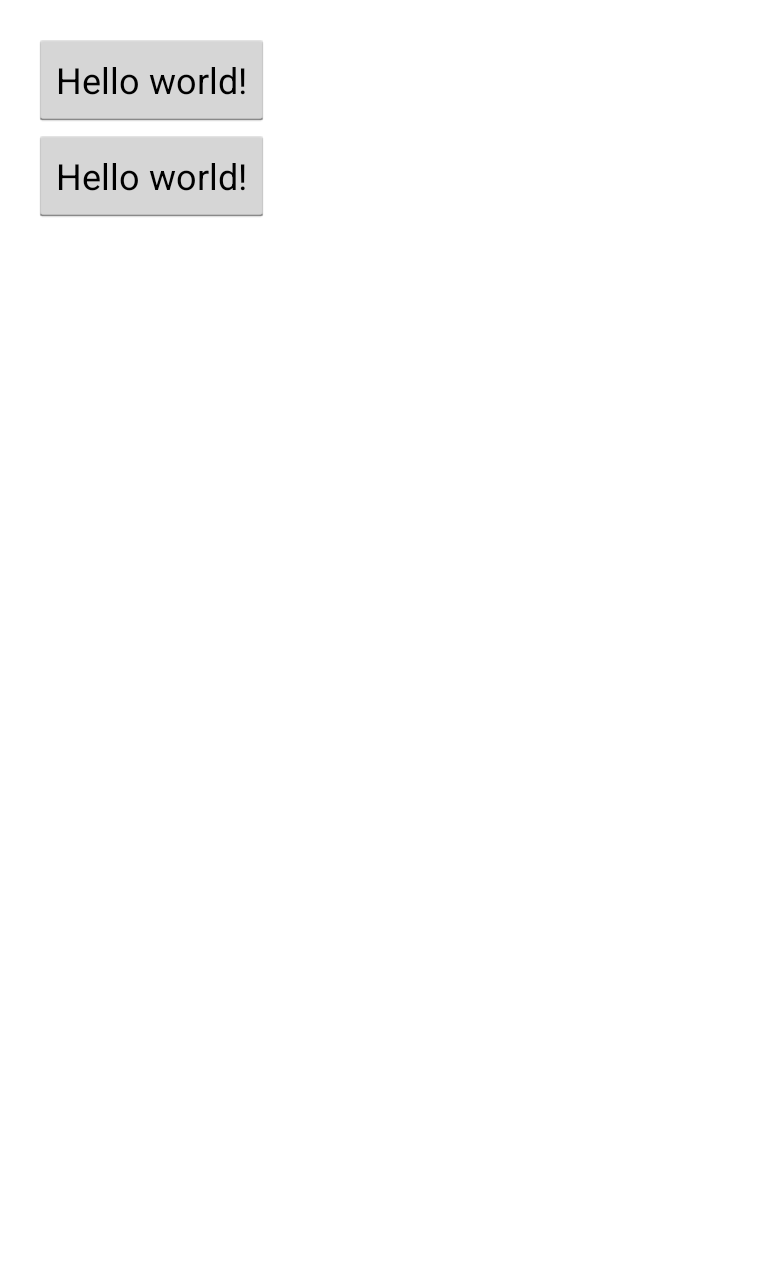
Repository: nickof/study
Layout: Android/itheima/day12服务/代码/Day12_04_bindService开启服务/res/layout/activity_main.xml
An editor plug-in stored every save of this project. The layout is shown before and after the next save, followed by the edit.
It is drawn on a 768 x 1280 px phone screen (xhdpi) without system bars, with theme AppTheme; the app's code is not run.

Above is the layout before, as saved 2016-09-20 03:34:45.

### Android/itheima/day12服务/代码/Day12_04_bindService开启服务/res/layout/activity_main.xml
<LinearLayout xmlns:android="http://schemas.android.com/apk/res/android"
    xmlns:tools="http://schemas.android.com/tools"
    android:layout_width="match_parent"
    android:layout_height="match_parent"
    android:paddingBottom="@dimen/activity_vertical_margin"
    android:paddingLeft="@dimen/activity_horizontal_margin"
    android:paddingRight="@dimen/activity_horizontal_margin"
    android:paddingTop="@dimen/activity_vertical_margin"
    android:orientation="vertical"
    tools:context=".MainActivity" >

    <Button
        android:layout_width="wrap_content"
        android:layout_height="wrap_content"
        android:onClick="start"
        android:text="@string/hello_world" />
     <Button
        android:layout_width="wrap_content"
        android:layout_height="wrap_content"
        android:onClick="stop"
        android:text="@string/hello_world" />

</LinearLayout>

### Android/itheima/day12服务/代码/Day12_04_bindService开启服务/res/values/strings.xml
<?xml version="1.0" encoding="utf-8"?>
<resources>

    <string name="app_name">Day12_04_bindService开启服务</string>
    <string name="action_settings">Settings</string>
    <string name="hello_world">Hello world!</string>

</resources>

Loaded but not shown: Android/itheima/day12服务/代码/Day12_04_bindService开启服务/res/values/styles.xml (common file); Android/itheima/day12服务/代码/Day12_04_bindService开启服务/res/values-v11/styles.xml (common file); Android/itheima/day12服务/代码/Day12_04_bindService开启服务/res/values-v14/styles.xml (common file); Android/itheima/day12服务/代码/Day12_04_bindService开启服务/res/values/dimens.xml (common file)

After the next save:
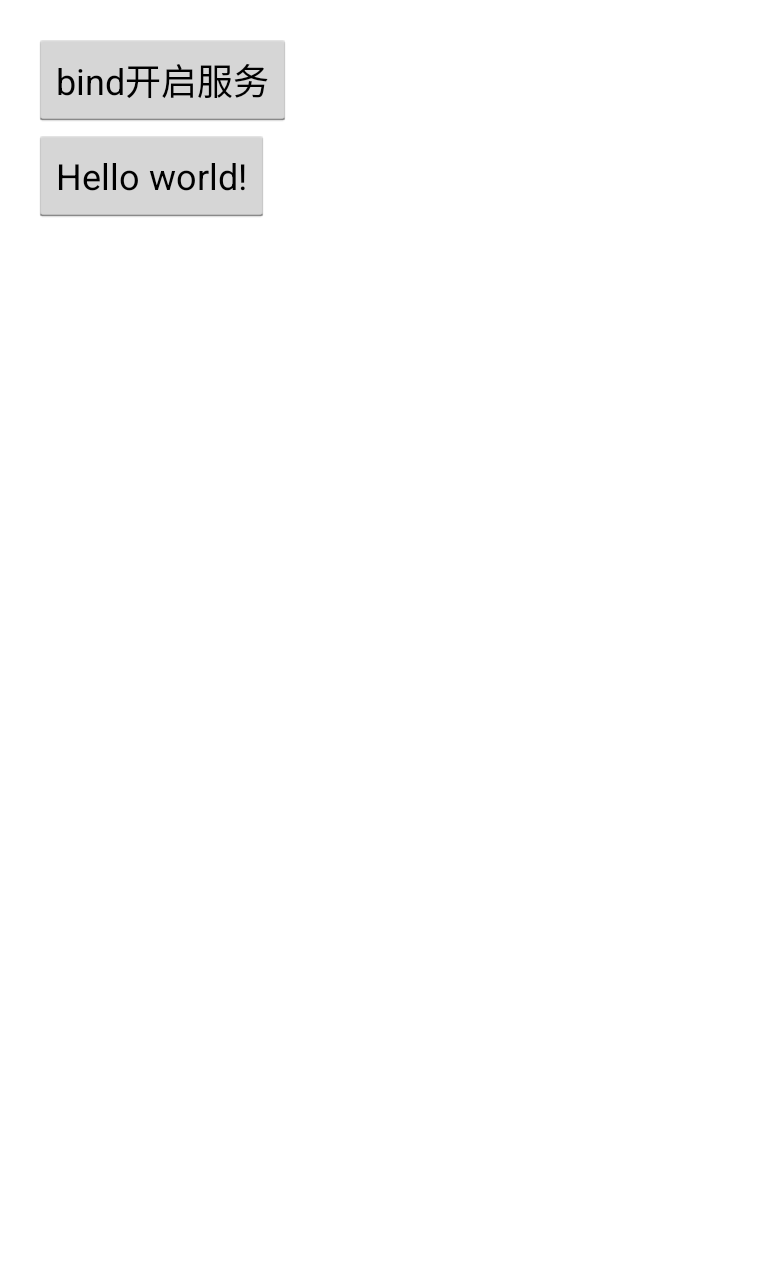
Saved 18 s later.
--- a/Android/itheima/day12服务/代码/Day12_04_bindService开启服务/res/layout/activity_main.xml
+++ b/Android/itheima/day12服务/代码/Day12_04_bindService开启服务/res/layout/activity_main.xml
@@ -13,7 +13,7 @@
         android:layout_width="wrap_content"
         android:layout_height="wrap_content"
         android:onClick="start"
-        android:text="@string/hello_world" />
+        android:text="bind开启服务" />
      <Button
         android:layout_width="wrap_content"
         android:layout_height="wrap_content"
